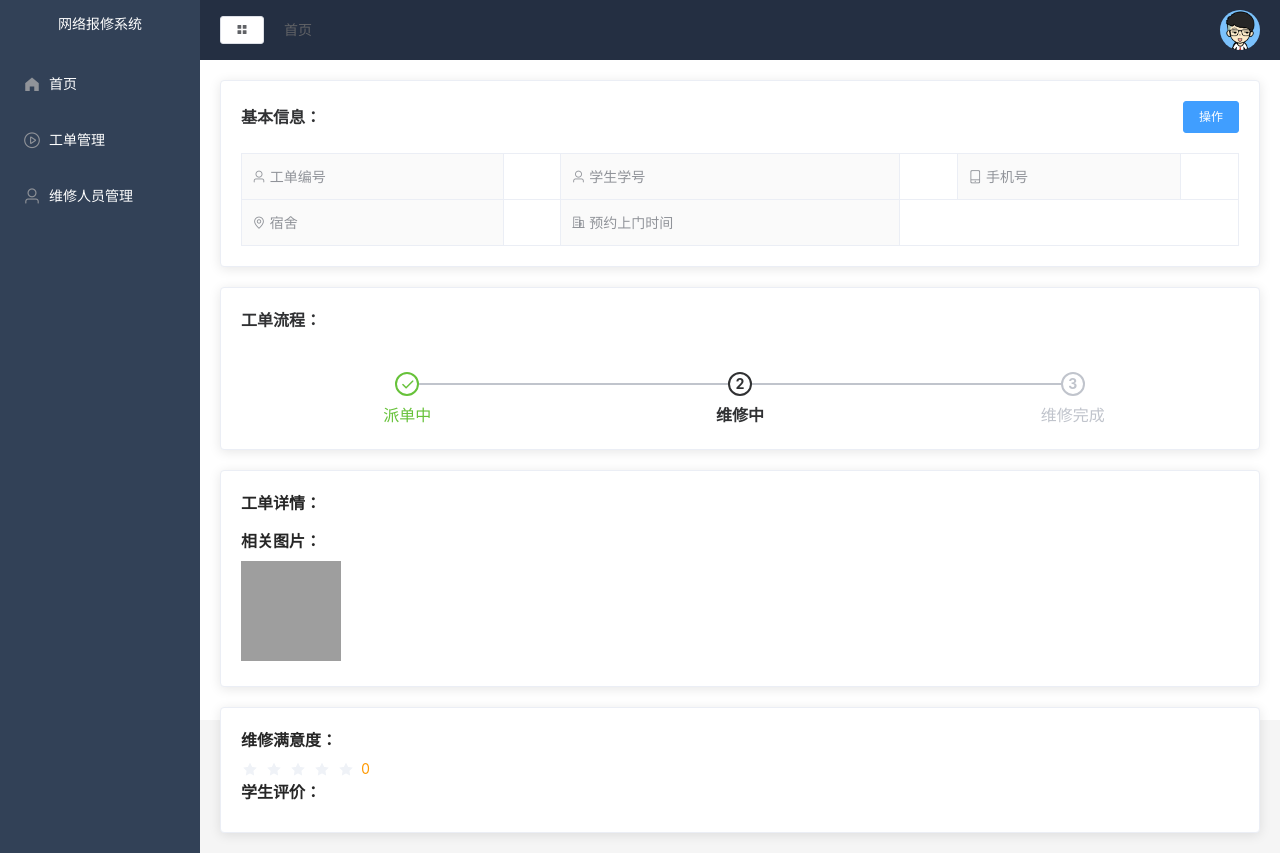
Repository: LtheW/vue
Page: /submit
An editor plug-in stored every save of this project. The page is shown before and after the next save, followed by the edit.
The browser window is 1280 px wide. The pictures show the whole page.
Pictures or frames that could not be fetched are drawn as grey boxes. The page's requests for data from a server got no answer. The project was rebuilt for these pictures with package versions that can differ from the ones it lists, and the page was loaded fresh each time. No one was signed in, and anything a server would have sent is missing. Also part of the build but not shown: vue.config.js, src/components/CommonTag.vue, src/views/Maintainer/Add.vue.

Above is the page before, as saved 2022-03-27 11:17:30.

### src/main.js
import Vue from 'vue'
import App from './App.vue'
import router from './router'
import store from './store'
//引入element ui
import ElementUI from 'element-ui';
import 'element-ui/lib/theme-chalk/index.css';
import '@/assets/scss/reset.scss' //全局样式
import Axios from 'axios';//后台交互
import Antd from 'ant-design-vue';
import 'ant-design-vue/dist/antd.css';
import 'font-awesome/scss/font-awesome.scss'
Vue.prototype.$http=Axios
//defaults 设置全局默认路径
Axios.defaults.baseURL="/"

Vue.use(ElementUI,Antd);
Vue.config.productionTip = false

new Vue({
  router,
  store,
  render: h => h(App)
}).$mount('#app')

### src/router/index.js
import Vue from 'vue'
import VueRouter from 'vue-router'
import Main from '../views/Main.vue'
import Submit from'../views/Submit.vue'
import Maintainer_Add from'../views/Maintainer/Add.vue'
Vue.use(VueRouter)

const routes = [
  {
    path:'/login',
    name:'Login',
    component:()=>import('@/views/Login')
  },
  {

    path: '/',
    name: 'Main',
    component: Main,
    children: [
      {
        path: '/',
        name: 'search',
        component: () => import('@/views/About')
      },
      {
        path: '/form',
        name: 'form',
        component: () => import('@/views/Form/Form')
      },
      {
        path: '/home',
        name: 'home',
        component: () => import('@/views/Maintainer/Maintainer')
      },
      {
        path: '/submit',
        name: 'submit',
        component: Submit,
      },
      {
        path: '/maintainer_add',
        name: 'add',
        component: Maintainer_Add,
      },
    ]
    },


]

const router = new VueRouter({
  mode:'history',
  base: process.env.BASE_URL,
  routes
})

export default router

### src/views/Main.vue
<template>
  <el-container style="height: 100%">
    <el-aside width="auto" height="100%" ><common-aside></common-aside></el-aside>
    <el-container>
      <el-header>
        <common-header></common-header>

      </el-header>
      <el-main><router-view /></el-main>
    </el-container>
  </el-container>
</template>

<script>
import CommonAside from "../components/CommonAside.vue";
import CommonHeader from "../components/CommonHeader.vue";
import CommonTag from "../components/CommonTag.vue";
export default {
  name: "Main",
  components: { CommonAside, CommonHeader, CommonTag },
};
</script>
, CommonTab
<style lang="scss" scoped>
.el-header {
  background: #242F42;
}
.el-main {
  padding-top: 20rpx;
}
</style>

### src/views/Submit.vue
<template>
  <div class="form">
    <div>
      <el-card>
        <el-descriptions
          class="margin-top"
          title="基本信息："
          :column="3"
          :size="size"
          border
        >
          <template slot="extra">
            <el-button type="primary" size="small">操作</el-button>
          </template>
          <el-descriptions-item width="150">
            <template slot="label">
              <i class="el-icon-user"></i>
              工单编号
            </template>
            {{ form.workorderNumber }}
          </el-descriptions-item>
          <el-descriptions-item>
            <template slot="label">
              <i class="el-icon-user"></i>
              学生学号
            </template>
            {{ form.fkStudentNumber }}
          </el-descriptions-item>
          <el-descriptions-item>
            <template slot="label">
              <i class="el-icon-mobile-phone"></i>
              手机号
            </template>
            {{ form.contactInformation }}
          </el-descriptions-item>
          <el-descriptions-item>
            <template slot="label">
              <i class="el-icon-location-outline"></i>
              宿舍
            </template>
            {{ form.address }}
          </el-descriptions-item>
          <el-descriptions-item>
            <template slot="label">
              <i class="el-icon-office-building"></i>
              预约上门时间
            </template>
            {{ form.fixedTime }}
          </el-descriptions-item>
        </el-descriptions>
      </el-card>
    </div>

    <div class="p">
      <el-card>
        <i class="title">工单流程：</i>
        <div>
          <el-steps
            :space="600"
            :active="1"
            finish-status="success"
            align-center="true"
            style="padding-top: 40px"
          >
            <el-step title="派单中"></el-step>
            <el-step title="维修中"></el-step>
            <el-step title="维修完成"></el-step>
          </el-steps>
        </div>
      </el-card>
      <div class="p">
        <el-card>
          <h5 class="title">工单详情：</h5>
          <p>{{ form.workorderContent }}</p>
          <h5 class="title">相关图片：</h5>
          <el-image
            style="width: 100px; height: 100px"
            :src="url"
            :preview-src-list="srcList"
          >
          </el-image>
        </el-card>
        <div class="p">
        <el-card>
          <h5 class="title">维修满意度：</h5>
          <el-rate
            v-model="form.maintenanceSatisfaction"
            disabled
            show-score
            text-color="#ff9900"
            score-template="{value}"
          >
          </el-rate>
          <h5 class="title">学生评价：</h5>
        </el-card>
        </div>
      </div>
    </div>
  </div>
</template>
<script>
export default {
  data() {
    return {
      form: {},
      workorderNumber: "",
      url: "https://fuss10.elemecdn.com/e/5d/4a731a90594a4af544c0c25941171jpeg.jpeg",
      srcList: [],
    };
  },
  created() {
    this.workorderNumber = this.$route.params.workorderNumber;
    this.Load();
  },
  methods: {
    goBack() {
      this.$router.go(-1);
    },
    onSubmit() {},
    Load() {
      this.$http({
        url: "/api/administer/getorder",
        method: "get",
        headers: { "X-Requested-With": "XMLHttpRequest" },
        params: {
          workorder_number: this.workorderNumber,
        }, //传值 如：params:{id:1,name:"gw"}
      }).then((res) => {
        this.form = res.data.data[0];
        console.log(this.form);
        var jsonstr = JSON.parse(res.data.data[0].pictureAddress);
        var arr = this.srcList;
        for (var i = 0; i < 3; i++) {
          if (jsonstr[i] == null) {
            break;
          }
          arr.push(jsonstr[i]);
        }
        this.srcList = arr;
      });
    },
  },
};
</script>

<style >
.form {
  display: flex;
  flex-direction: column;
  justify-content: center;
  align-content: center;
}

.title {
  font-size: 16px;
  font-weight: 700;
}
.p {
  padding-top: 20px;
}
.border {
  border: 1px solid grey;
}
</style>

### src/store/tab.js
export default{
    state:{
        isCollapse: false
    },
    mutations:{
        collapseMenu(state){
            state.isCollapse=!state.isCollapse
        }
    }
}

### src/components/CommonAside.vue
<template>
  <el-menu
    class="el-menu-vertical-demo"
    :collapse="isCollapse"
    background-color="#324157"
    text-color="#fff"
    active-text-color="#ffd04b"
  >
    <h3 v-show="!isCollapse">网络报修系统</h3>
    <h3 v-show="isCollapse">后台</h3>
    <el-menu-item
      :index="item.path"
      v-for="item in noChildren"
      :key="item.path"
      @click="clickMenu(item)"
    >
      <i :class="'el-icon-' + item.icon"></i>
      <span slot="title">{{ item.label }}</span>
    </el-menu-item>
    <el-submenu :index="item.label" v-for="item in hasChildren" :key="item.path">
      <template slot="title">
        <i :class="'el-icon-' + item.icon"></i>
        <span slot="title">{{ item.label }}</span>
      </template>
      <el-menu-item-group>
        <el-menu-item
          :index="subItem.path"
          v-for="(subItem, subIndex) in item.children"
          :key="subIndex"
          @click="clickMenu(item)"
        >
          <i :class="'el-icon-' + subItem.icon"></i>
          <span slot="title">{{ subItem.label }}</span>
        </el-menu-item>
      </el-menu-item-group>
    </el-submenu>
  </el-menu>
</template>

<script>
export default {
  data() {
    return {
      menu: [
        {
          path: "/",
          name: "search",
          label: "首页",
          icon: "s-home",
          url: "Maintainer/Maintainer",
        },
        {
          path: "/form",
          name: "form",
          label: "工单管理",
          icon: "video-play",
          url: "Form/Form",
        },
        {
          path: "/home",
          name: "home",
          label: "维修人员管理",
          icon: "user",
          url: "Home/Home",
        },
      ],
    };
  },
  methods: {
    // handleOpen(key, keyPath) {
    //   console.log(key, keyPath);
    // },
    // handleClose(key, keyPath) {
    //   console.log(key, keyPath);
    // },
    clickMenu(item) {
      this.$router.push({ name: item.name });
      this.$store.commit("selectMenu", item);
    },
  },
  computed: {
    noChildren() {
      return this.menu.filter((item) => !item.children);
    },
    hasChildren() {
      return this.menu.filter((item) => item.children);
    },
    isCollapse() {
      return this.$store.state.tab.isCollapse;
    },
  },
};
</script>

<style lang="scss" scoped>
.el-menu {
  height: 100%;
  border: none;
  h3 {
    color: #ffffff;
    text-align: center;
    line-height: 48px;
  }
}
.el-menu-vertical-demo:not(.el-menu--collapse) {
  width: 200px;
  min-height: 100vh;
}
</style>

### src/components/CommonHeader.vue
<template>
  <header>
    <div class="l-content">
      <el-button plain icon="el-icon-menu" size="mini" @click="handleMenu"></el-button>
      <el-breadcrumb>
        <el-breadcrumb-item :to="{ path: '/' }">首页</el-breadcrumb-item>
        <el-breadcrumb-item :to="current.path" v-if="current">{{
          current.label
        }}</el-breadcrumb-item>
      </el-breadcrumb>
    </div>
    <div class="r-content">
      <el-dropdown trigger="click" size="mini">
        <span class="el-dropdown-link">
          <img :src="userImg" class="user" />
        </span>
        <el-dropdown-menu slot="dropdown">
          <el-dropdown-item>个人中心</el-dropdown-item>
          <el-dropdown-item @click.native="logOut">退出</el-dropdown-item>
        </el-dropdown-menu>
      </el-dropdown>
    </div>
  </header>
</template>

<script>
import { mapState } from "vuex";
export default {
  data() {
    return {
      userImg: require("../assets/images/user.png"),
    };
  },
  methods: {
    handleMenu() {
      this.$store.commit("collapseMenu");
    },
    logOut() {
      this.$store.commit("clearToken");
      this.$store.commit("clearMenu");
      // location.reload();
      this.$router.push("/login");
    },
  },
  computed: {
    ...mapState({
      current: (state) => state.tab.currentMenu,
    }),
  },
};
</script>

<style lang="scss" scoped>
header {
  display: flex;
  height: 100%;
  align-items: center;
  justify-content: space-between;
}

.l-content {
  display: flex;
  align-items: center;
  .el-button {
    margin-right: 20px;
  }
}

.r-content {
  .user {
    width: 40px;
    height: 40px;
    border-radius: 50%;
  }
}
</style>

<style lang="scss">
.el-breadcrumb__item {
  .el-breadcrumb__inner {
    color: #666;
    font-weight: normal;
  }
  &:last-child {
    .el-breadcrumb__inner {
      color: white;
    }
  }
}
</style>

Loaded but not shown: public/index.html (common file); src/App.vue (common file); src/store/index.js (common file); src/assets/scss/reset.scss (common file)

After the next save:
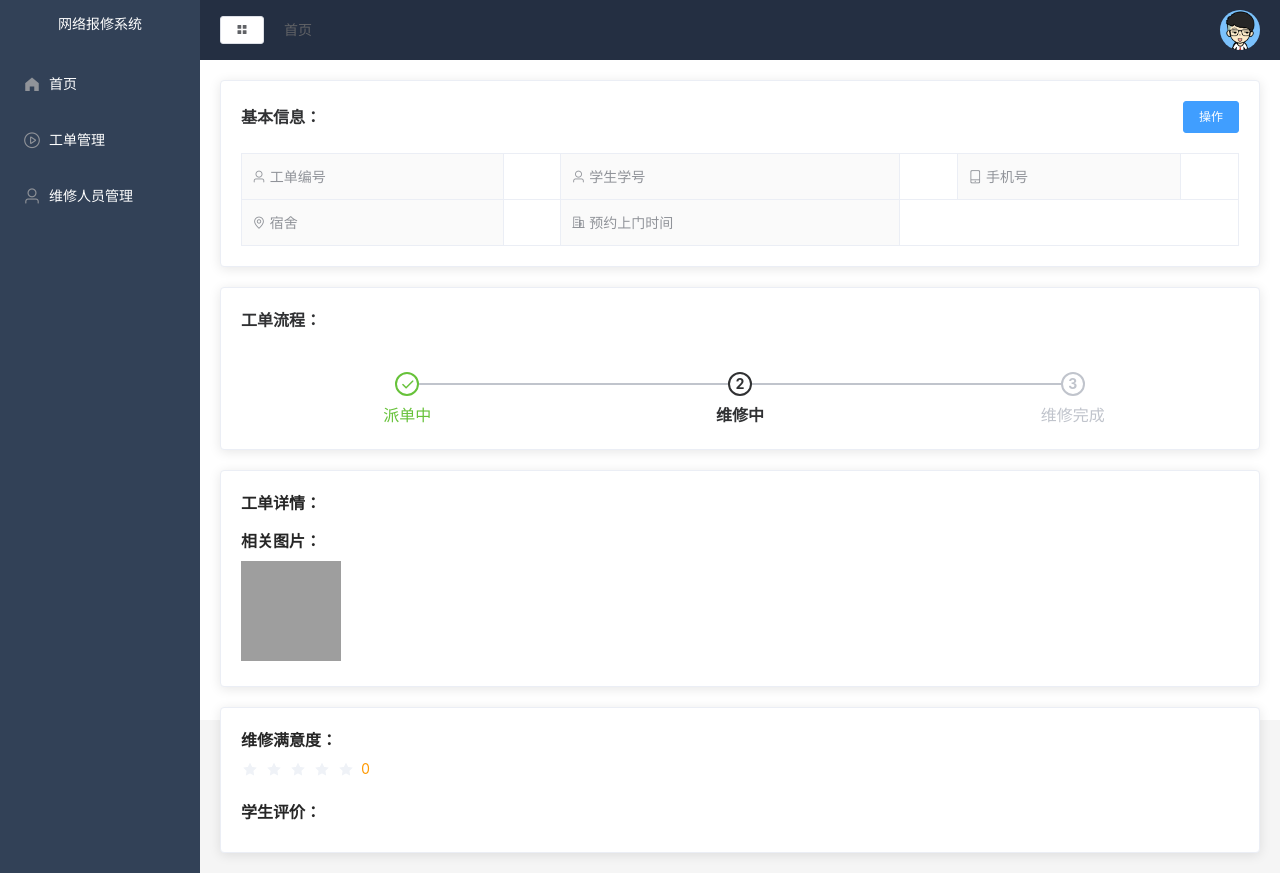
Saved 2 min 36 s later.
--- a/src/views/Submit.vue
+++ b/src/views/Submit.vue
@@ -91,7 +91,9 @@
             score-template="{value}"
           >
           </el-rate>
+          <div class="p">
           <h5 class="title">学生评价：</h5>
+          </div>
         </el-card>
         </div>
       </div>
